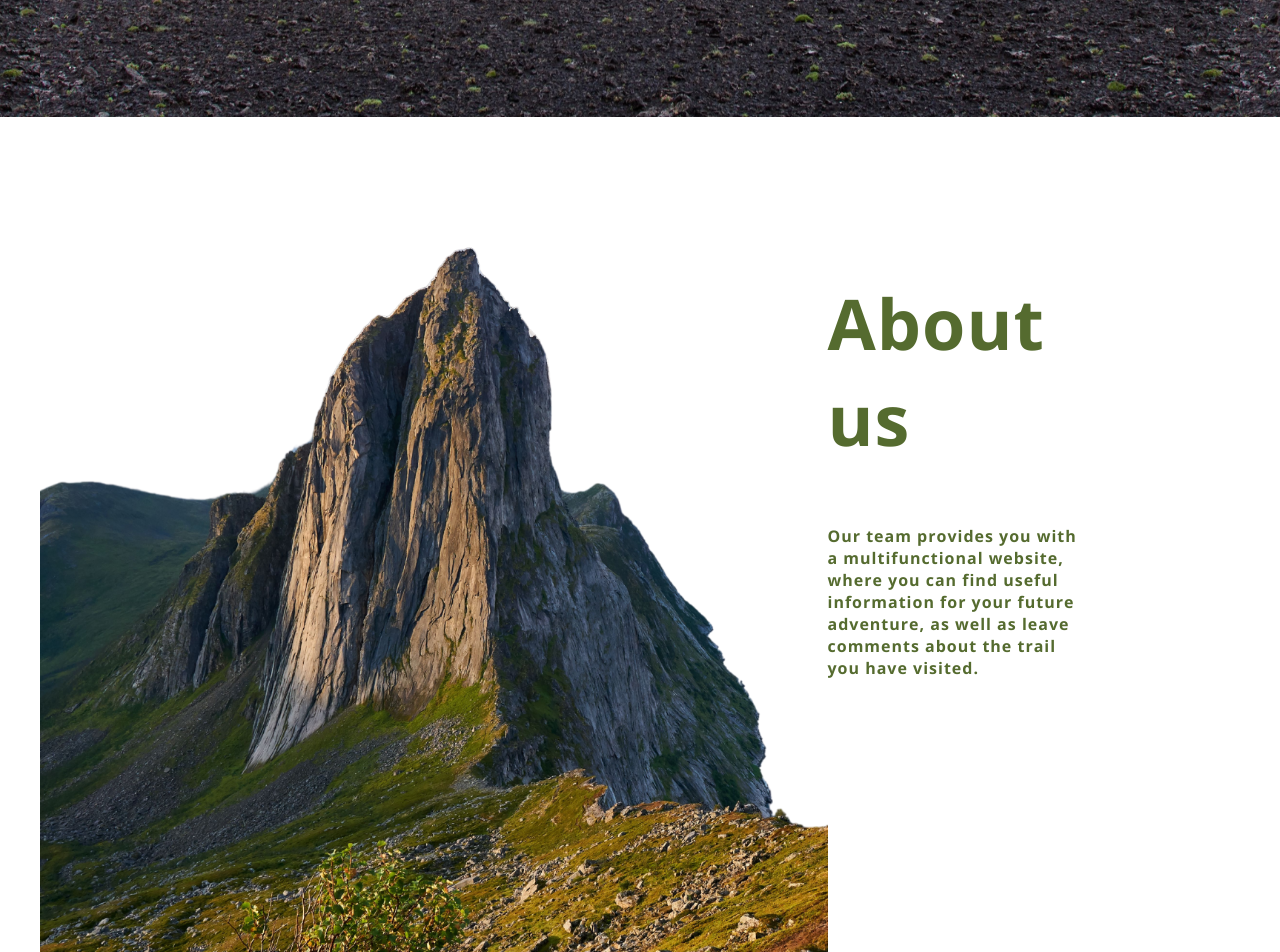
Repository: artembundin/travelrus.github.io
Page: index.html
These files come from the project's save history. The page is drawn as it stood at one moment and after a run of saves; the edit follows.
The browser window is 1280 px wide. The pictures show the part of the page from y = 2583 to 3535 px (the page is 4792 px tall).
A picture or video elsewhere on the page could not be fetched, so the positions and the page height are approximate. An inner scrolling area shows only its first screen. Backgrounds fixed to the window are drawn as part of the page. Some web fonts or font styles are not loaded; a fallback is used.

Above is the page before, as saved 2025-05-07 23:34:05.
Console error: TypeError: Cannot read properties of null (reading 'offsetTop')

After the next 3 saves:
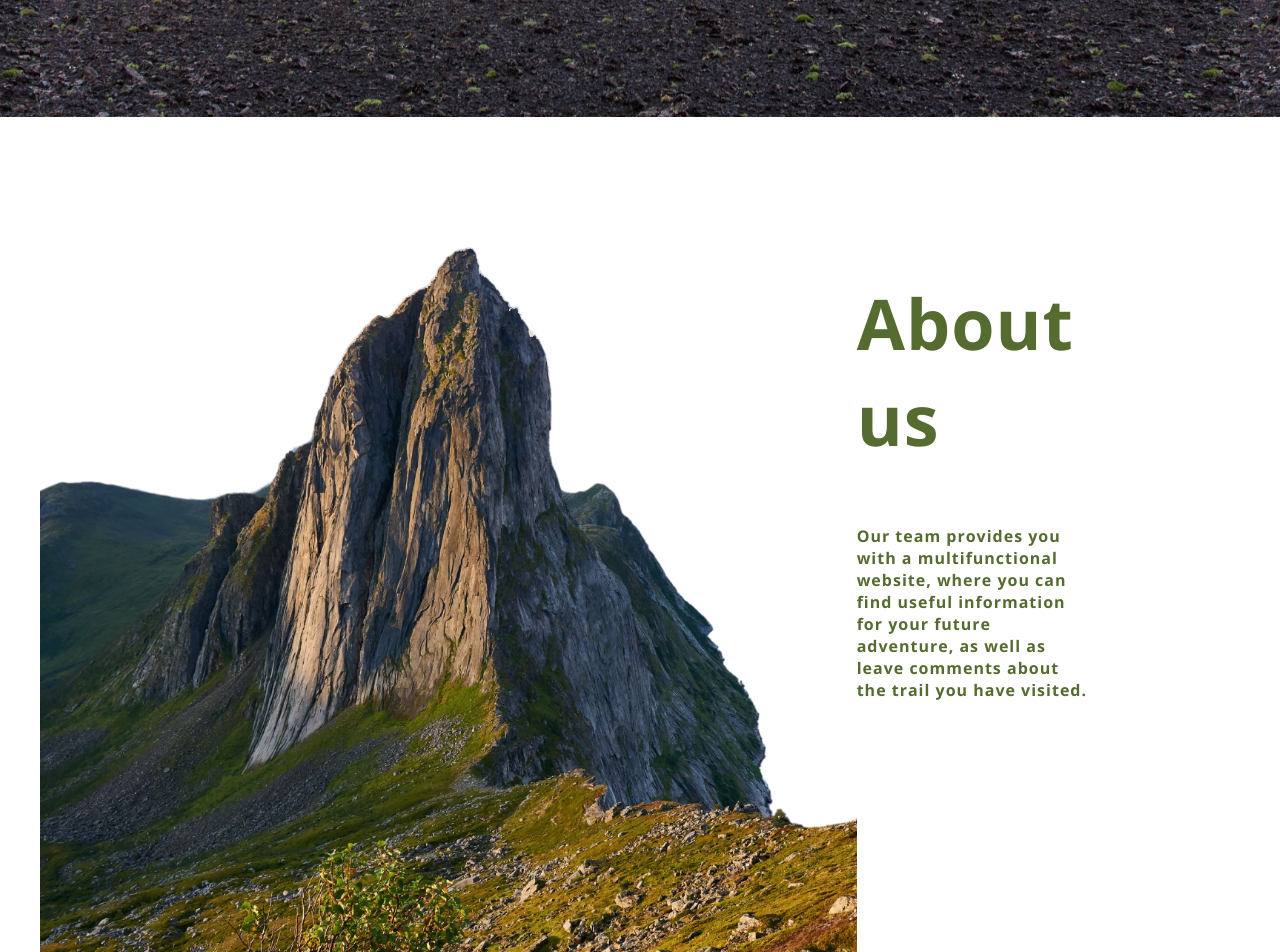
The 3 saves are shown as one change because they came seconds apart.
The last was saved 109 min 45 s later.
--- a/style.css
+++ b/style.css
@@ -408,7 +408,7 @@ a {
   background-image: url(images/goraaa.png);
   background-size: cover;
   background-repeat: no-repeat;
-  width: 1200px;
+  width: 1400px;
   height: 800px;
 }
 
